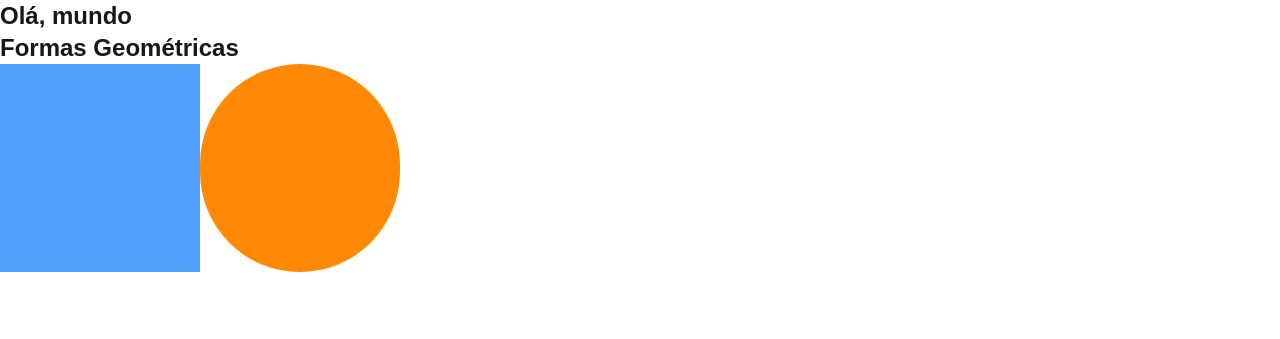
Repository: joao-vitor-ferreira/curso-react
Page: /
The author's editor kept a copy of each file at every save. The page is drawn from the files as they stood at one save, then again after the next save.
The browser window is 1280 px wide. The pictures show the whole page.
The project was rebuilt for these pictures with package versions that can differ from the ones it lists, and the page was loaded fresh each time. The framework's server and built-in components were replaced by stand-ins that run in the browser. Also part of the build but not shown: next.config.ts.

Above is the page before, as saved 2026-02-11 09:21:31.

### src/app/page.tsx
import { Square } from '@/components/Square';
import { Circle } from '@/components/Circle';
import { GeoForm } from '@/components/GeoForm';

const Page = () => {
    return (
        <div>
          <h1 className="font-bold text-2xl">Olá, mundo</h1>

          <GeoForm />
        </div>
    );
};

export default Page;

### src/components/GeoForm.tsx
import { Circle } from "./Circle";
import { Square } from "./Square";

export const GeoForm = () => {
    return (
        <div>
            <h3 className="text-2xl font-bold">Formas Geométricas</h3>
            <div className="flex w-100">
                <Square />
                <Circle />
            </div>
        </div>
    );

}

### src/components/Circle.tsx
export const Circle = () => {
    return (
        <div className="w-52 h-52 bg-orange-400 rounded-full text-center"></div>
    );
};

### src/components/Square.tsx
export const Square = () => {
    return (
        <div className="w-52 h-52 bg-blue-400 text-center"></div>
    );
}

Loaded but not shown: src/app/layout.tsx (common file); src/app/globals.css (common file)

After the next save:
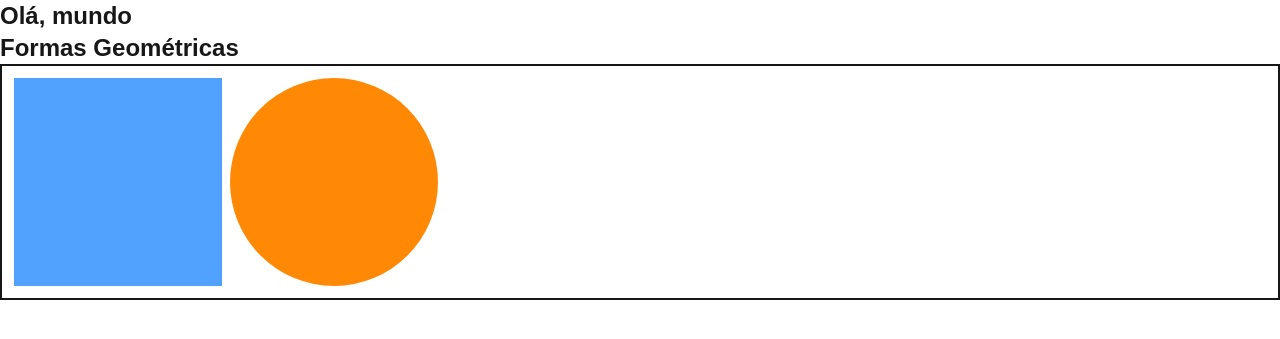
Saved 33 s later.
--- a/src/components/GeoForm.tsx
+++ b/src/components/GeoForm.tsx
@@ -5,7 +5,7 @@ export const GeoForm = () => {
     return (
         <div>
             <h3 className="text-2xl font-bold">Formas Geométricas</h3>
-            <div className="flex w-100">
+            <div className="flex gap-2 border-2 p-3">
                 <Square />
                 <Circle />
             </div>
